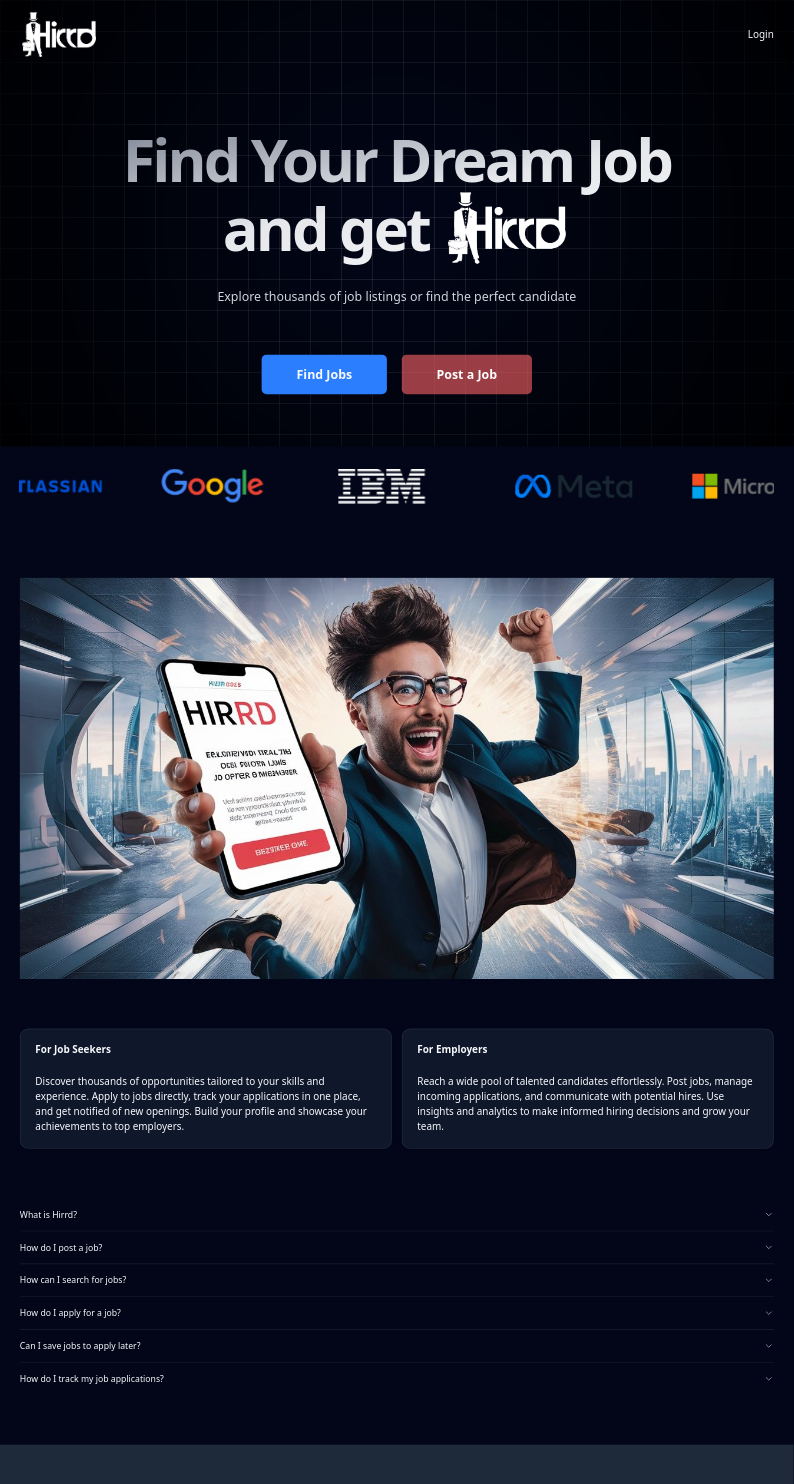
Repository: RahulRajKhadka/Job_protel_react
Page: /
An editor plug-in stored every save of this project. The page is shown before and after the next save, followed by the edit.
The browser window is 1280 px wide. The pictures show the whole page, at 62% of full size.
The project was rebuilt for these pictures with package versions that can differ from the ones it lists, and the page was loaded fresh each time. Some packages were replaced by stand-ins written for this rebuild. Also part of the build but not shown: vite.config.js, src/pages/OnBoarding.jsx, src/pages/JobListing.jsx, src/pages/saved-job.jsx, src/pages/JobPage.jsx, src/pages/postJob.jsx, src/pages/MyJobs.jsx.

Above is the page before, as saved 2025-12-25 13:34:50.

After the next save:
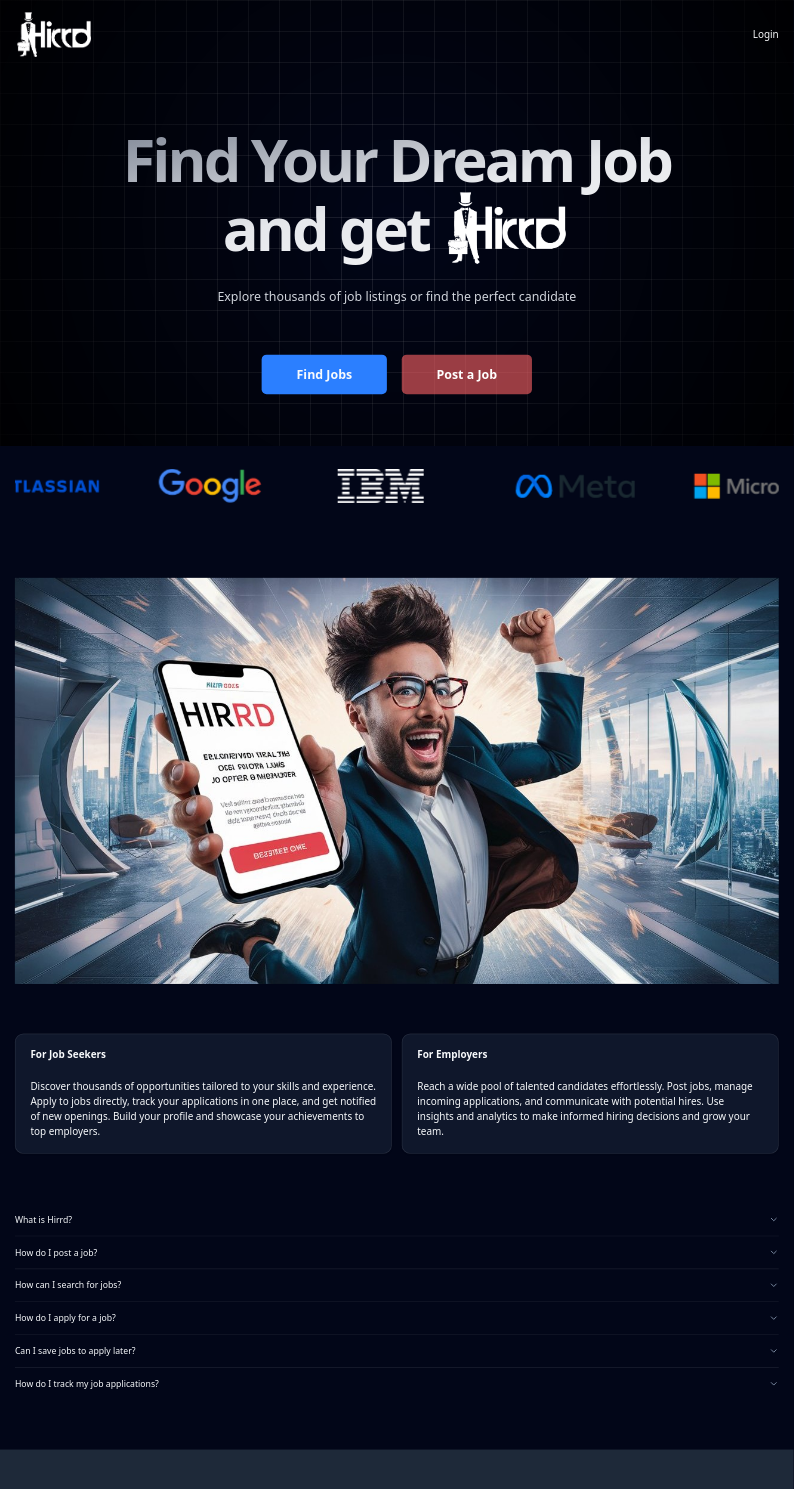
Saved 12 s later.
--- a/src/Layouts/AppLayout.jsx
+++ b/src/Layouts/AppLayout.jsx
@@ -6,7 +6,7 @@
     <div className="min-h-screen flex flex-col">
       <div className="grid-background"></div>
 
-      <main className="w-full max-w-screen-xl mx-auto px-4 sm:px-6 lg:px-8 flex-1">
+      <main className="w-full max-w-screen-xl mx-auto px-4 sm:px-6 lg:px-6 flex-1">
         <Header />
         <Outlet />
       </main>
